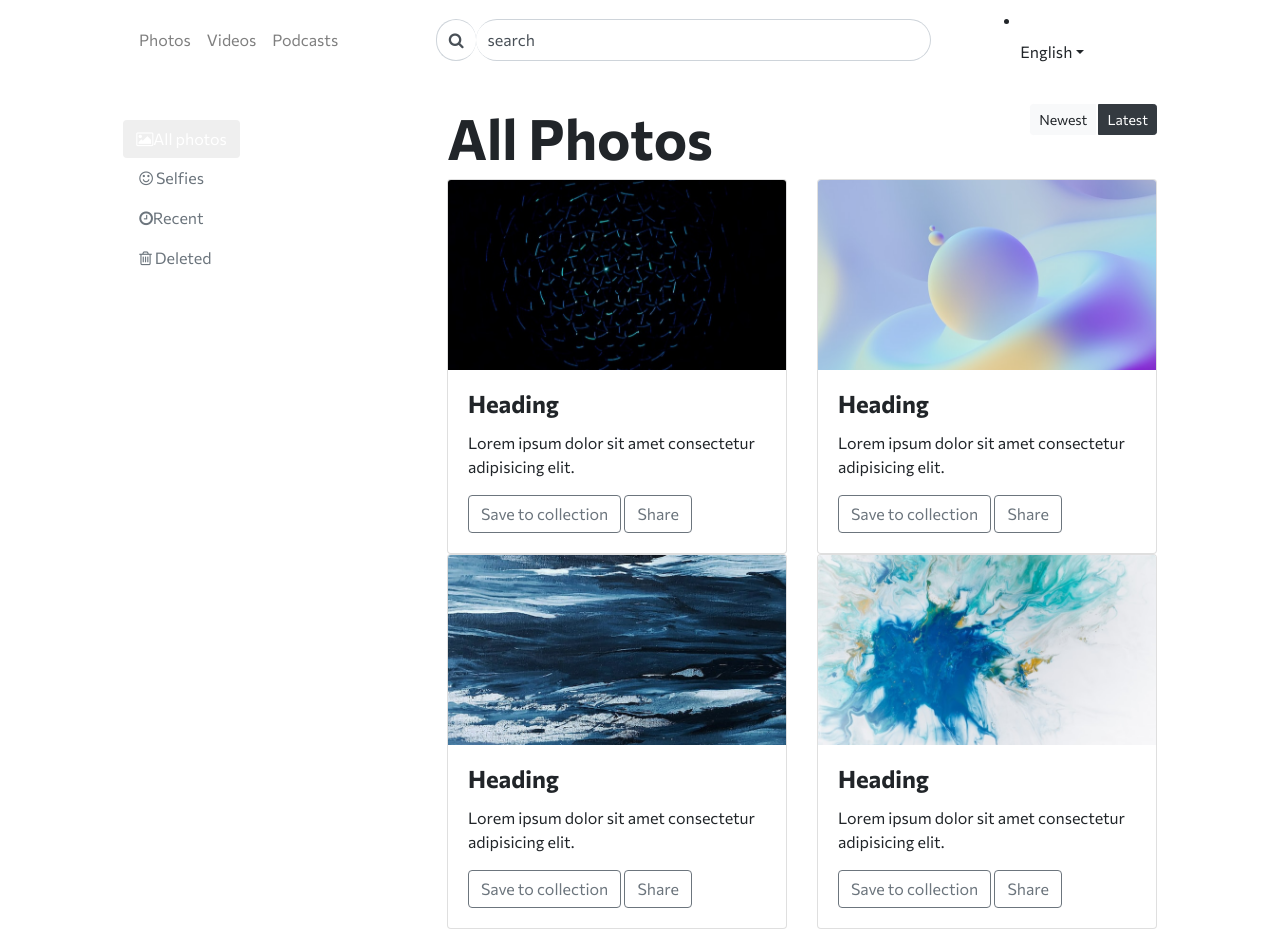
Repository: AlisaSkryp/photoblog
Page: index.html
An editor plug-in stored every save of this project. The page is shown before and after a run of saves, followed by the edit.
The browser window is 1280 px wide. The pictures show the whole page.
Some web libraries are served in a nearby version.

Above is the page before, as saved 2023-04-10 12:36:12.

### index.html
<!DOCTYPE html>
<html lang="en">
<head>
	<meta charset="utf-8">
	<meta name="viewport" content="width=device-width, initial-scale=1">
	<title>Complete Bootstrap 4 Website Layout</title>
	<link rel="stylesheet" href="https://maxcdn.bootstrapcdn.com/bootstrap/4.0.0/css/bootstrap.min.css">
	<link rel="stylesheet" href="https://cdn.jsdelivr.net/npm/@fortawesome/fontawesome-free@6.2.1/css/fontawesome.min.css" integrity="sha384-QYIZto+st3yW+o8+5OHfT6S482Zsvz2WfOzpFSXMF9zqeLcFV0/wlZpMtyFcZALm" crossorigin="anonymous">
	<link rel="stylesheet" href="https://cdn.jsdelivr.net/npm/bootstrap-icons@1.10.2/font/bootstrap-icons.css" integrity="sha384-b6lVK+yci+bfDmaY1u0zE8YYJt0TZxLEAFyYSLHId4xoVvsrQu3INevFKo+Xir8e" crossorigin="anonymous">
	<link rel="stylesheet" href="https://stackpath.bootstrapcdn.com/font-awesome/4.7.0/css/font-awesome.min.css">
	<link href="style.css" rel="stylesheet">
</head>
<body>

<!-- Navigation -->
<header class="container">
<nav class="navbar navbar-expand-md navbar-light sticky-top">
 <div class="container-fluid">
  <button class="navbar-toggler" type="button" data-toggle="collapse" data-target="#navbarResponsive">
		<span class="navbar-toggler-icon"></span>
	</button>
	<div class="collapse navbar-collapse col-md-3" id="navbarResponsive">
		<ul class="navbar-nav">
			<li class="nav-item">
			  <a class="nav-link" href="#">Photos</a>
			</li>
			<li class="nav-item">
			  <a class="nav-link" href="#">Videos</a>
			</li>
			<li class="nav-item">
			  <a class="nav-link" href="#">Podcasts</a>
			</li>
		</ul>
	</div>
	<div class="search-container col-md-6">
		<div class="input-group">
				<span class="input-group-append">
					<div class="input-group-text bg-transparent border-right-0"><i class="fa fa-search"></i></div>
			</span>
			<input class="form-control rounded-pill py-2 border-left-0" type="search" value="search" id="example-search-input">
	</div>
	</div>
	<div class="dropdown col-md-2">
		<li class="nav-item dropdown">
			<a class="nav-link dropdown-toggle" id="navbarDropdownMenuLink" data-toggle="dropdown"
				aria-haspopup="true" aria-expanded="false">English</a>
			<div class="dropdown-menu dropdown-primary" aria-labelledby="navbarDropdownMenuLink">
				<a class="dropdown-item" href="#">Italian</a>
				<a class="dropdown-item" href="#">French</a>

			</div>
		</li>
	</div>

 </div>
</nav>
</header>
<!--- Sidebar -->
<div class="container d-flex">
<aside class="container-fluid col-3 mt-4 pt-3">
  <div class="row">
    <nav class="col-md-12 d-none d-md-block sidebar">
      <div class="sidebar-sticky">
        <ul class="nav flex-column">
          <li class="nav-item">
						<button type="button font-size-bold" class="btn primary fw-bold text-white"><i class="fa fa-picture-o" aria-hidden="true"></i>All photos</button>
          </li>
          <li class="nav-item">
            <a class="nav-link text-secondary" href="#"><i class="fa fa-smile-o" aria-hidden="true"></i>
							Selfies</a>
          </li>
          <li class="nav-item">
            <a class="nav-link text-secondary" href="#"><i class="fa fa-clock-o" aria-hidden="true"></i>Recent</a>
          </li>
					<li class="nav-item">
            <a class="nav-link  text-secondary" href="#"><i class="fa fa-trash-o" aria-hidden="true"></i> Deleted</a>
          </li>
        </ul>
      </div>
    </nav>
    <main class="col-md-9 ml-sm-auto col-lg-10 px-md-4">
      <!-- Your page content goes here -->
    </main>
  </div>
</aside>

<!--- Section head -->

<div class="container-fluid padding col-8 mt-4">
	<div class="row welcome text-left">
		<div class="col-12 d-flex">
			<h1 class="display-4 font-weight-bold">All Photos</h1>
			<div class="btn-group btn-group-sm ml-auto h-25 d-inline-block" role="group" aria-label="Basic example">
				<button type="button" class="btn btn-light">Newest</button>
				<button type="button" class="btn btn-dark">Latest</button>
			</div>
		</div>
	</div>

	<section class="container-fluid px-0">
		<div class="row padding">
			<div class="col-md-6">
				<div class="card">
					<img class="card-img-top" src="thumbnail.png">
					<div class="card-body">
						<h4 class="card-title font-weight-bold">Heading</h4>
						<p class="card-text font-weight-normal">Lorem ipsum dolor sit amet consectetur adipisicing elit.</p>
						<a href="#" class="btn btn-outline-secondary">Save to collection</a>
						<a href="#" class="btn btn-outline-secondary">Share</a>
					</div>
				</div>
			</div>
			<div class="col-md-6">
				<div class="card">
					<img class="card-img-top" src="thumbnail1.png">
					<div class="card-body">
						<h4 class="card-title font-weight-bold">Heading</h4>
						<p class="card-text font-weight-normal">Lorem ipsum dolor sit amet consectetur adipisicing elit.</p>
						<a href="#" class="btn btn-outline-secondary">Save to collection</a>
						<a href="#" class="btn btn-outline-secondary">Share</a>
					</div>
				</div>
			</div>
			<div class="w-100"></div>
			<div class="col-md-6">
				<div class="card">
					<img class="card-img-top" src="thumbnail2.png">
					<div class="card-body">
						<h4 class="card-title font-weight-bold">Heading</h4>
						<p class="card-text font-weight-normal">Lorem ipsum dolor sit amet consectetur adipisicing elit.</p>
						<a href="#" class="btn btn-outline-secondary">Save to collection</a>
						<a href="#" class="btn btn-outline-secondary">Share</a>
					</div>
				</div>
			</div>
			<div class="col-md-6">
				<div class="card">
					<img class="card-img-top" src="thumbnail3.png">
					<div class="card-body">
						<h4 class="card-title font-weight-bold">Heading</h4>
						<p class="card-text font-weight-normal">Lorem ipsum dolor sit amet consectetur adipisicing elit.</p>
						<a href="#" class="btn btn-outline-secondary">Save to collection</a>
						<a href="#" class="btn btn-outline-secondary">Share</a>
					</div>
				</div>
			</div>
		</div>
	</section>
</div>
</div>
<!--- Cards -->
<script src="https://ajax.googleapis.com/ajax/libs/jquery/3.3.1/jquery.min.js"></script>
<script src="https://cdnjs.cloudflare.com/ajax/libs/popper.js/1.12.9/umd/popper.min.js"></script>
<script src="https://maxcdn.bootstrapcdn.com/bootstrap/4.0.0/js/bootstrap.min.js"></script>
</body>
</html>

### style.css
@import url('https://fonts.googleapis.com/css2?family=Commissioner:wght@400;700&display=swap');


$theme-colors: (
  "primary": #ED7135
);

.form-control{
  -webkit-border-radius: 0;
     -moz-border-radius: 0;
		 border-radius: 0;

}

body {
	font-family: 'Commissioner', sans-serif;
}



/*---Media Queries --*/
@media (max-width: 992px) {

  }
@media (max-width: 768px) {

}
@media (max-width: 576px) {

}
.input-group{
	border-radius: 50%;
}

.search-container {
	width: 10%;
	margin: 0px auto;
}
.has-search .form-control {
	padding-left: 2.375rem;
}

.form-control,
.input-group-append,
.input-group-text {
border-radius: 30px!important;
}





/*
Extra small (xs) devices (portrait phones, less than 576px)
No media query since this is the default in Bootstrap

Small (sm) devices (landscape phones, 576px and up)
@media (min-width: 576px) { ... }

Medium (md) devices (tablets, 768px and up)
@media (min-width: 768px) { ... }

Large (lg) devices (desktops, 992px and up)
@media (min-width: 992px) { ... }

Extra (xl) large devices (large desktops, 1200px and up)
@media (min-width: 1200px) { ... }
*/

After the next 3 saves:
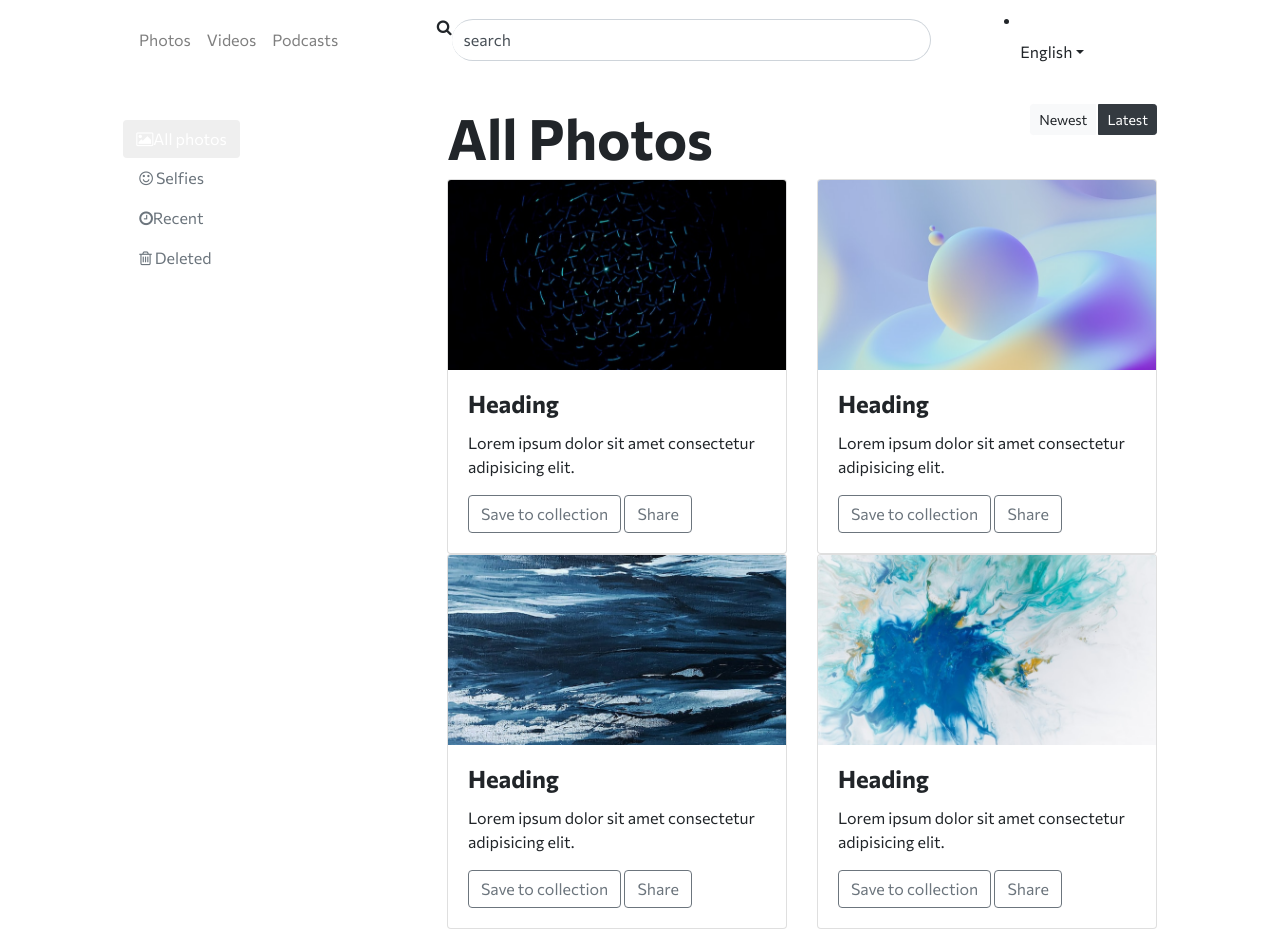
The 3 saves are shown as one change because they came seconds apart.
The last was saved 2 min 22 s later.
--- a/index.html
+++ b/index.html
@@ -34,9 +34,10 @@
 	</div>
 	<div class="search-container col-md-6">
 		<div class="input-group">
-				<span class="input-group-append">
+				<!-- <span class="input-group-append">
 					<div class="input-group-text bg-transparent border-right-0"><i class="fa fa-search"></i></div>
-			</span>
+			</span> -->
+			<i class="fa fa-search"></i>
 			<input class="form-control rounded-pill py-2 border-left-0" type="search" value="search" id="example-search-input">
 	</div>
 	</div>

After the save that followed:
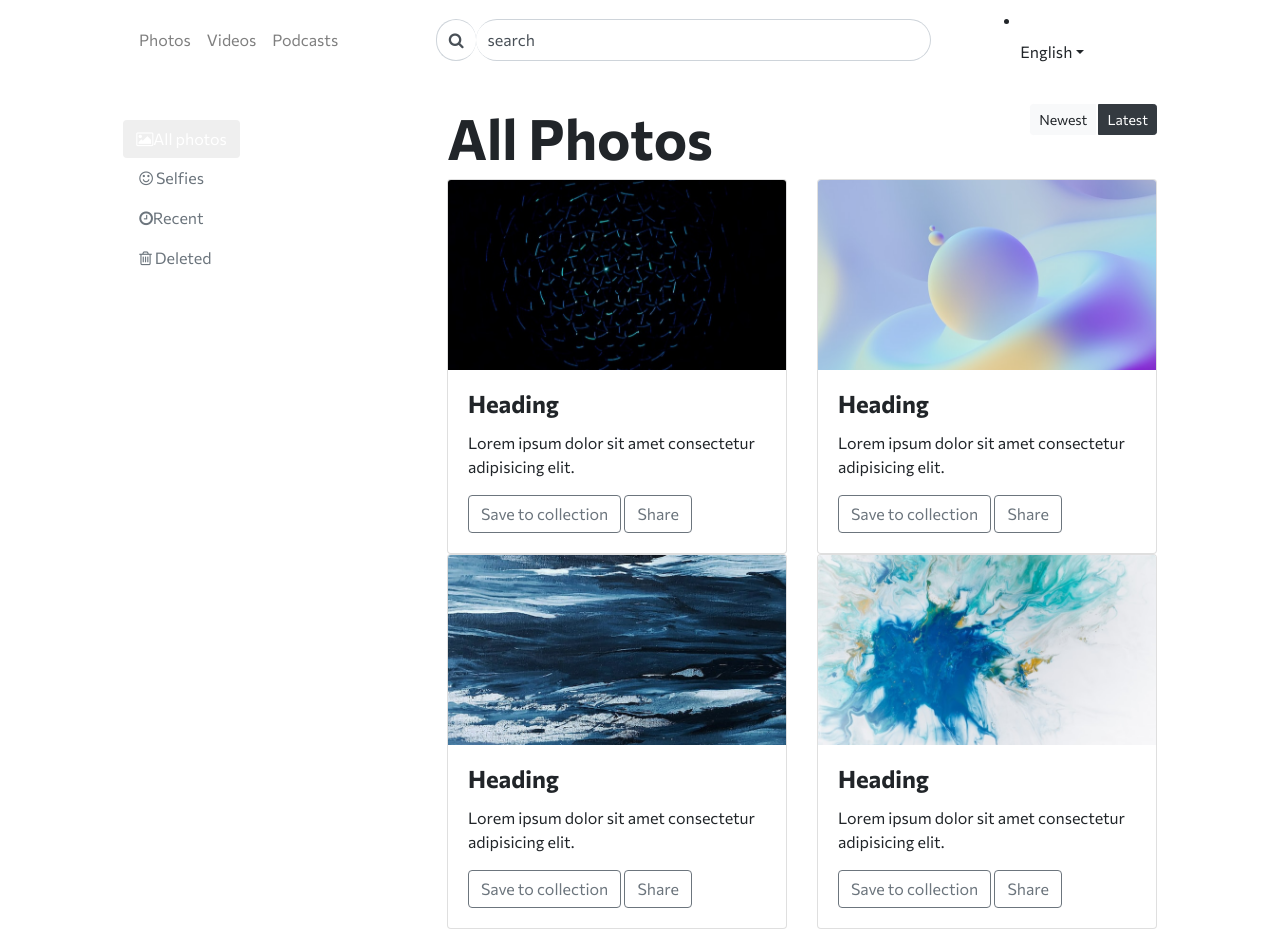
Saved 14 s later.
--- a/index.html
+++ b/index.html
@@ -34,10 +34,10 @@
 	</div>
 	<div class="search-container col-md-6">
 		<div class="input-group">
-				<!-- <span class="input-group-append">
+				<span class="input-group-append">
 					<div class="input-group-text bg-transparent border-right-0"><i class="fa fa-search"></i></div>
-			</span> -->
-			<i class="fa fa-search"></i>
+			</span>
+
 			<input class="form-control rounded-pill py-2 border-left-0" type="search" value="search" id="example-search-input">
 	</div>
 	</div>
